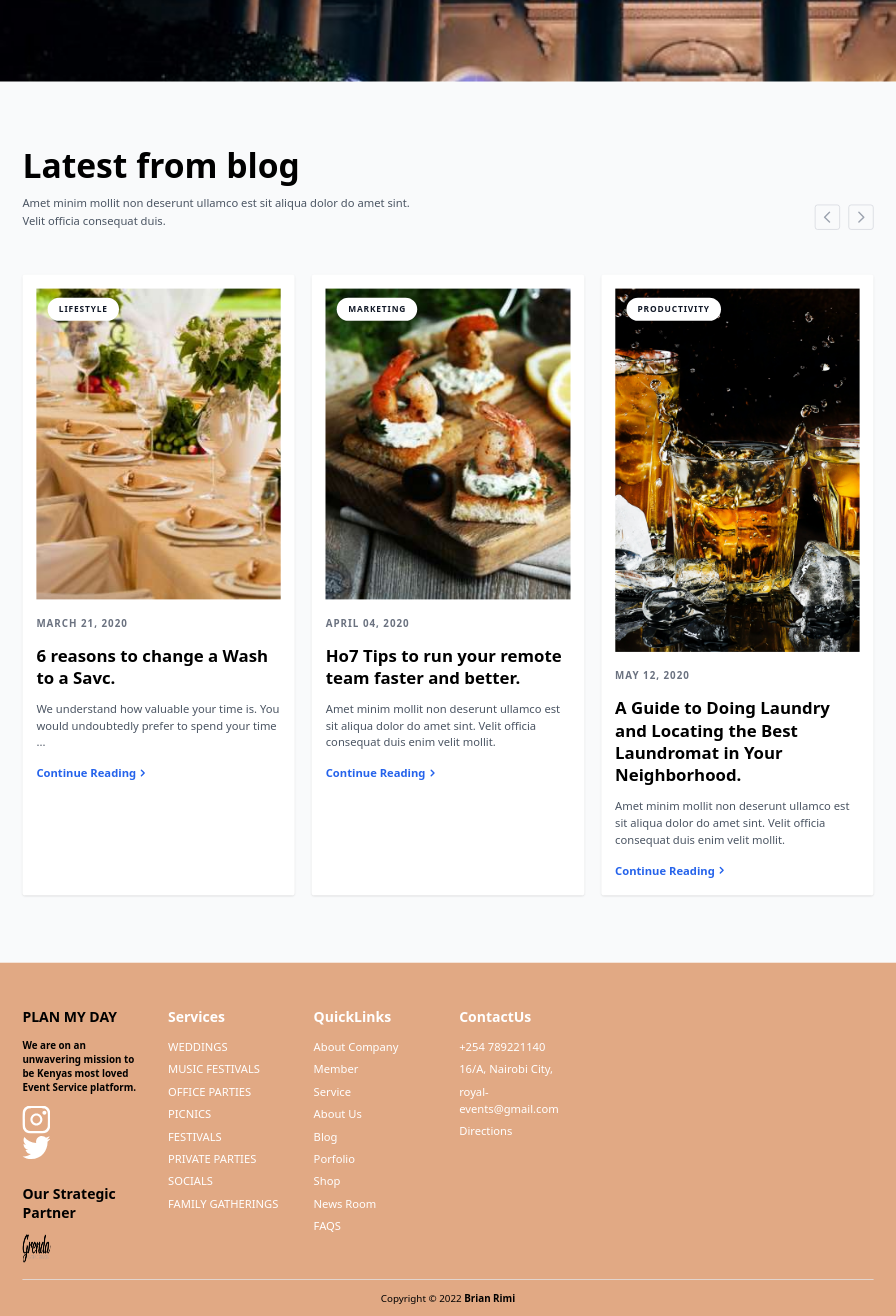
Repository: remydev47/grandes-events
Page: /
The author's editor kept a copy of each file at every save. The page is drawn from the files as they stood at one save, then again after the next save.
The browser window is 1280 px wide. The pictures show the part of the page from y = 3686 to 5606 px (the page is 5566 px tall before and 5606 px after), at 70% of full size.
The project was rebuilt for these pictures with package versions that can differ from the ones it lists, and the page was loaded fresh each time. Also part of the build but not shown: vite.config.js, src/components/Team.jsx, src/components/Testimonials.jsx, src/components/Menu.jsx.

Above is the page before, as saved 2023-02-08 17:15:29.

After the next save:
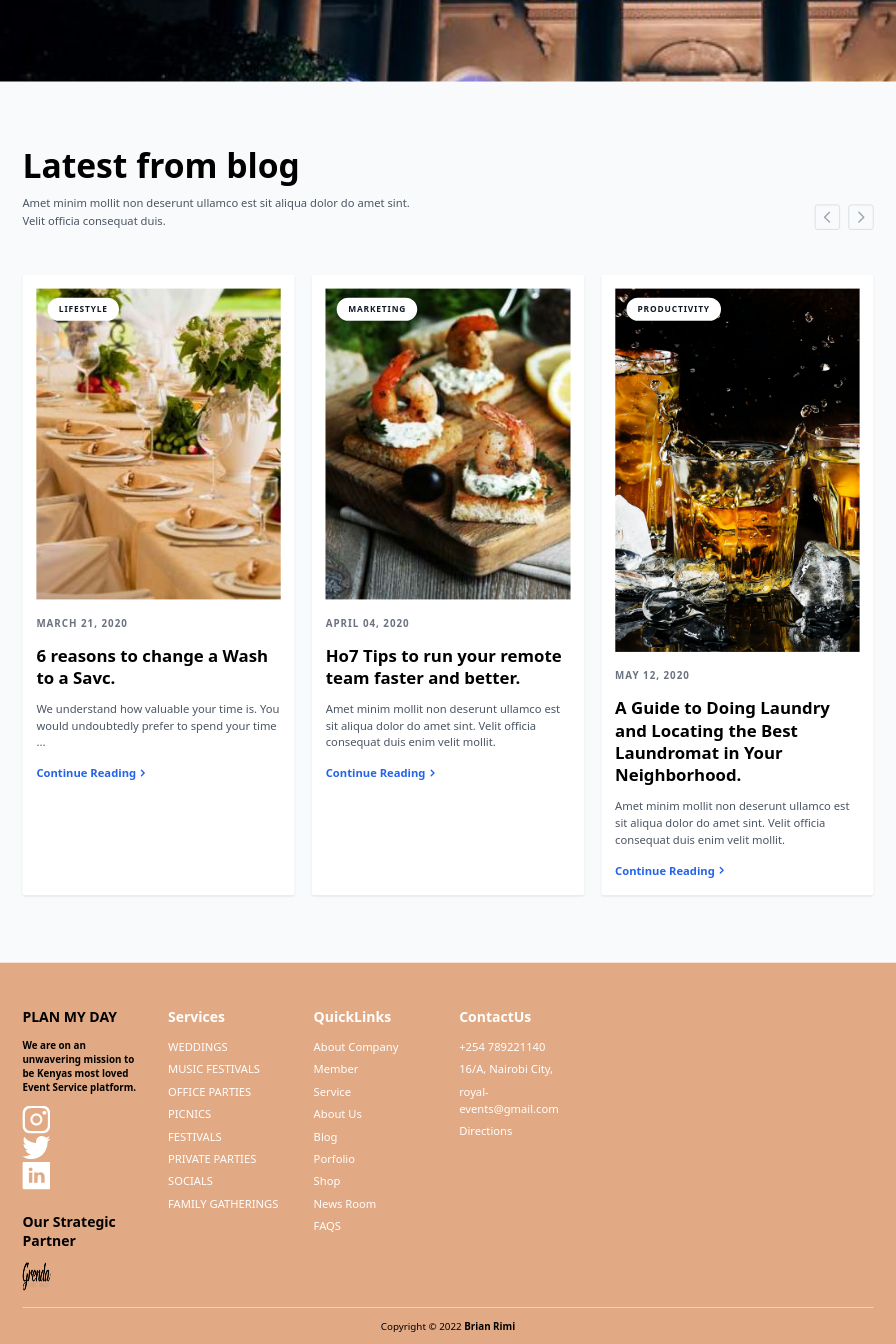
Saved 24 s later.
--- a/src/components/Footer.jsx
+++ b/src/components/Footer.jsx
@@ -1,5 +1,5 @@
 import React from 'react'
-import { instagram, logo, twitter } from '../assets';
+import { instagram, linkedin, logo, twitter } from '../assets';
 
 const footerNav = {
     Services: [
@@ -151,6 +151,7 @@ const Footer = () => {
                     >
                       <img src={instagram} className="h-[40px] w-[40px]"/>
                       <img src={twitter} className="h-[40px] w-[40px]"/>
+                      <img src={linkedin} className="h-[40px] w-[40px]"/>
                     </a>
 
                   </li>
